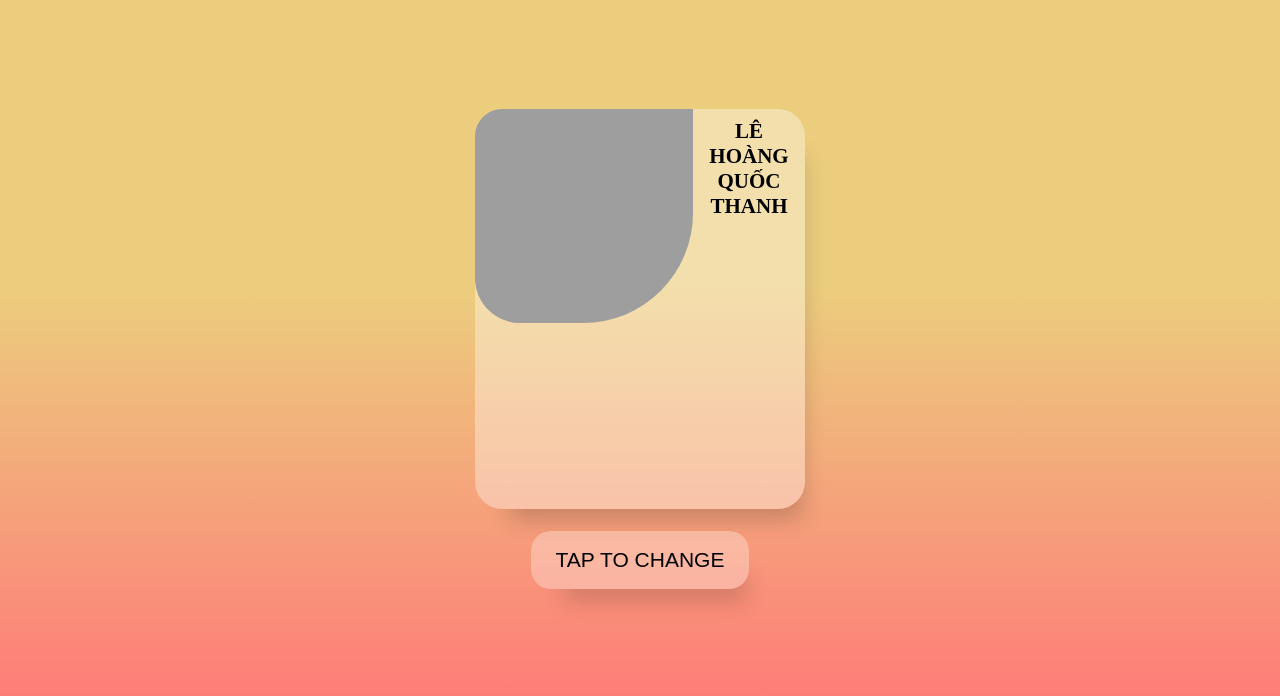
Repository: ThanhThn/profile
Page: index.html
These files come from the project's save history. The page is drawn as it stood at one moment and after the next save; the edit follows.
The browser window is 1280 px wide. The pictures show the whole page.
Pictures or frames that could not be fetched are drawn as grey boxes. Some web fonts or font styles are not loaded; a fallback is used.

Above is the page before, as saved 2022-12-05 19:29:17.

### index.html
<!DOCTYPE html>
<html lang="en">
<head>
    <meta charset="UTF-8">
    <meta http-equiv="X-UA-Compatible" content="IE=edge">
    <meta name="viewport" content="width=device-width, initial-scale=1.0">
    <title>Document</title>
    <link rel="stylesheet" href="style.css">
</head>
<body>
    <div class="container">
        <div class="content">
            <img src="avata.jpg" alt="avatar">
            <span class="name">LÊ hoàng quốc thanh</span>
        </div>
        <button class="btn">tap to change</button>
    </div>
</body>
</html>

### style.css
@import url('https://fonts.googleapis.com/css2?family=Kodchasan:wght@700&family=Lemonada:wght@300;600;700&family=Pacifico&display=swap');
*{
    padding: 0;
    margin: 0;
    box-sizing: border-box;
}

body{
    background:  linear-gradient( to bottom, rgba(223, 172,39,60%) 40%, rgba(255,22,22,58%) 100% );
    width: 100%;
    height: 100vh;
}
.container{
    position: absolute;
    top: 50%;
    left: 50%;
    transform: translate(-50%, -50%);
    display: flex;
    flex-direction: column;
    align-items: center;
}

.content{
    width: 330px;
    height: 400px;
    background: rgba(255, 255, 255, 35%);
    border-radius: 27px;
    box-shadow: rgba(0, 0, 0, .2) 15px 28px 25px -18px;
}

.content img{
    width: 218px;
    height: 214px;
    border-radius: 27px 0 110px 45px;
    object-fit: cover;
    object-position: -32px 0;
}

.content .name{
    font-size: 21px;
    text-transform: uppercase;
    font-weight: 700;
    font-family: 'Lemonada', cursive;
    position: absolute;
    text-align: center;
    top: 10px;
}

.btn{
    background: rgba(255, 255, 255, .3);
    width: 218px;
    height: 58px;
    border-radius: 20px;
    border: none;
    margin: 22px;
    font-family: 'Kodchasan', sans-serif;
    font-size: 21px;
    text-transform: uppercase;
    box-shadow: rgba(0, 0, 0, .2) 15px 28px 25px -18px;
    background-position: 0 90%;
    background-repeat: repeat no-repeat;

}

.btn:hover {
    box-shadow: rgba(0, 0, 0, .3) 2px 8px 8px -5px;
    transform: translate3d(0, 2px, 0);
}


.btn:focus {
  box-shadow: rgba(0, 0, 0, .3) 2px 8px 4px -6px;
}

After the next save:
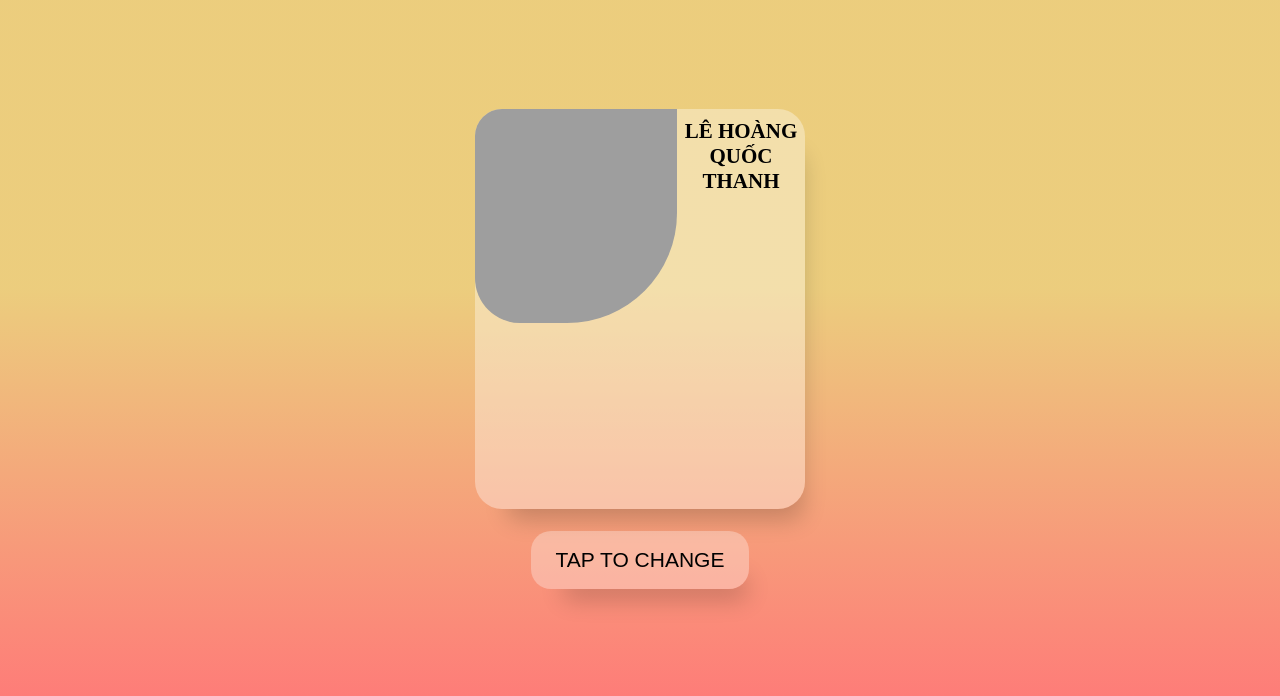
Saved 62 s later.
--- a/style.css
+++ b/style.css
@@ -29,7 +29,7 @@ body{
 }
 
 .content img{
-    width: 218px;
+    width: 202px;
     height: 214px;
     border-radius: 27px 0 110px 45px;
     object-fit: cover;
